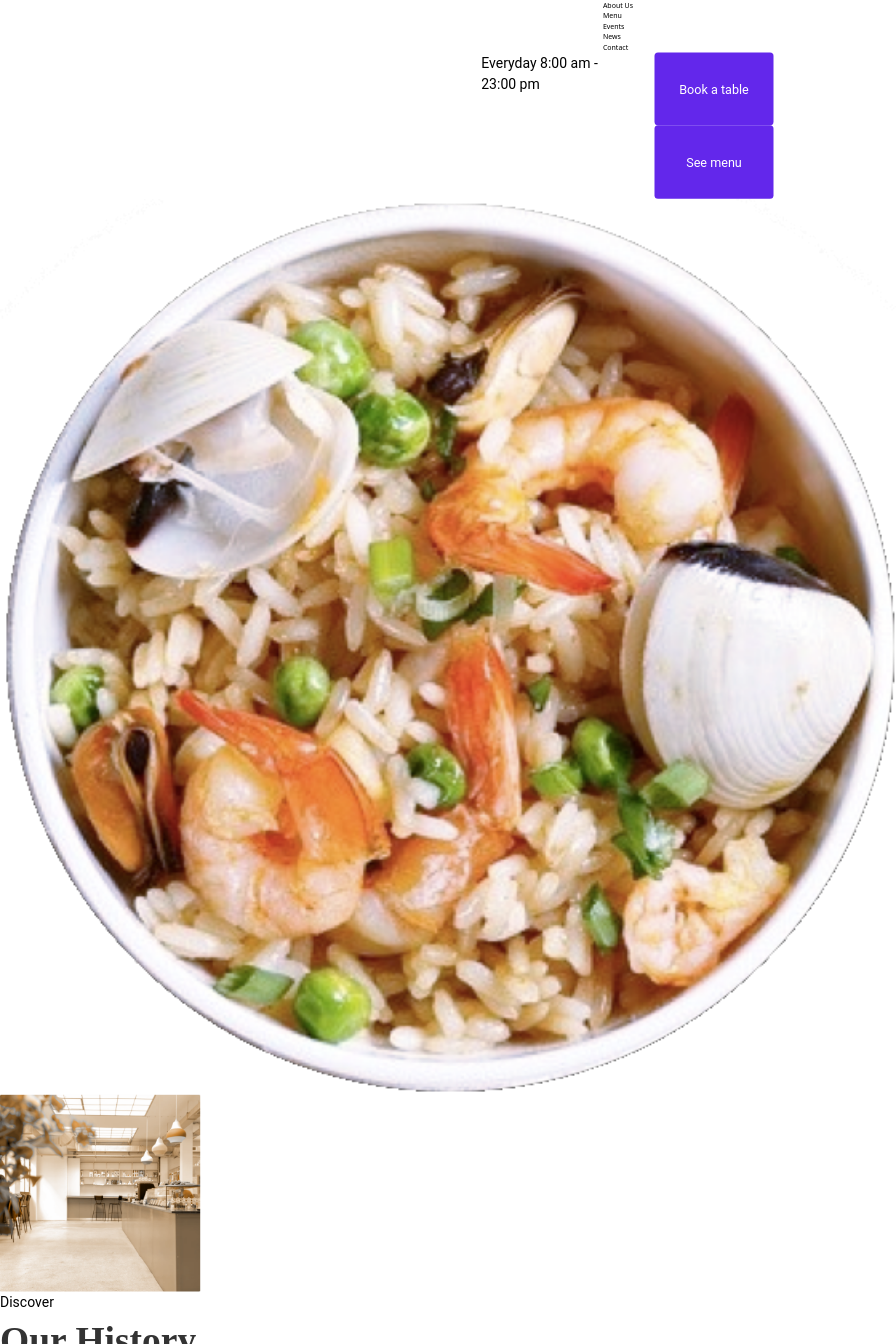
Repository: murilopellis-12/Tailwind-Prova
Page: index.html
The author's editor kept a copy of each file at every save. The page is drawn from the files as they stood at one save, then again after a run of saves.
The browser window is 1280 px wide. The pictures show the part of the page from y = 0 to 1920 px (the page is 5390 px tall before and 4680 px after), at 70% of full size.

Above is the page before, as saved 2026-10-26 19:37:10.
Not found: style.css

After the next 2 saves:
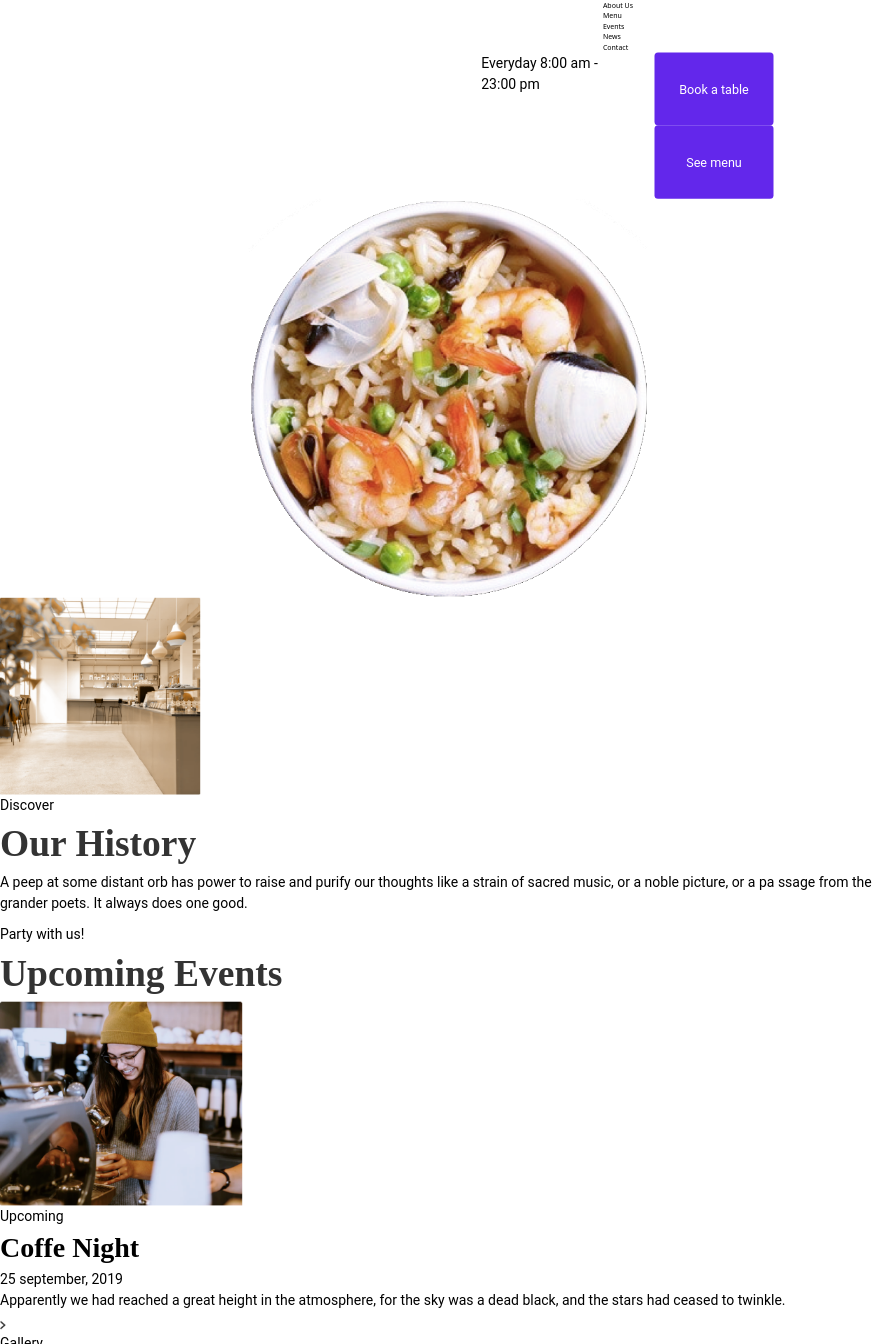
The 2 saves are shown as one change because they came seconds apart.
The last was saved 6 s later.
--- a/index.html
+++ b/index.html
@@ -142,7 +142,7 @@
         </div>
         <div class="div-imagem-hero w-auto h-auto flex justify-center">
           <img
-            class="w-[100%] max-w-"
+            class="w-[100%] max-w-[570px] "
             id="imagem-sopa-hero"
             src="img/sopa.png"
             alt="imagem de uma sopa"
